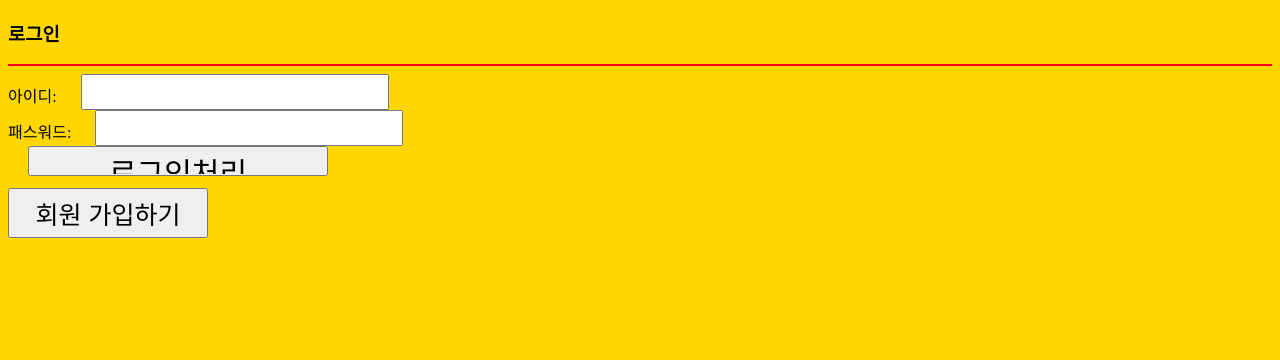
Repository: skywalker221-Minsoo/Java-project
Page: http://localhost/SecondProject/enter.jsp
The author's editor kept a copy of each file at every save. The page is drawn from the files as they stood at one save, then again after the next save.
The browser window is 1280 px wide. The pictures show the whole page.
The page is served by Tomcat 9. Nobody is signed in. The application's start-up code is not run.

Above is the page before, as saved 2021-04-13 06:51:07.

After the next save:
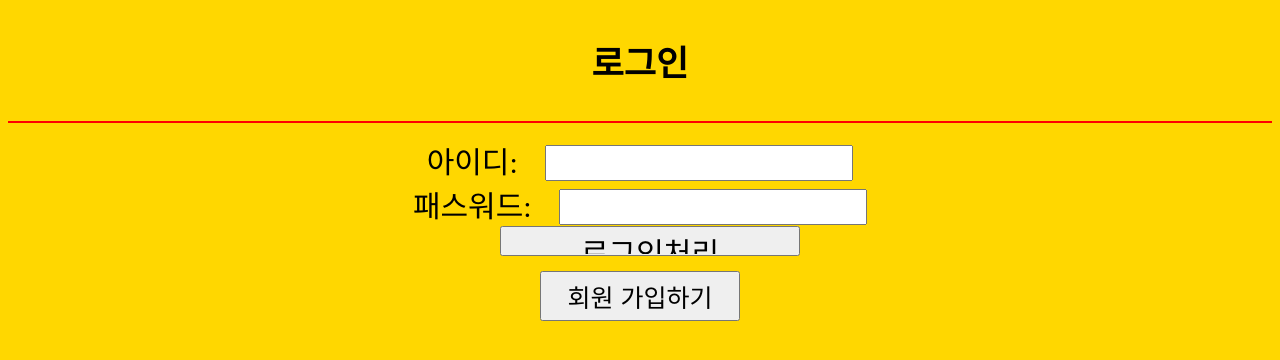
Saved 2 min 18 s later.
--- a/SecondProject/src/main/webapp/enter.jsp
+++ b/SecondProject/src/main/webapp/enter.jsp
@@ -27,6 +27,7 @@ button {
 <link rel="stylesheet" type="text/css" href="resources/css/out.css">
 </head>
 <body bgcolor = "gold">
+<div class="center">
 <h3>로그인</h3>
 <hr color="red">
 <% if(session.getAttribute("user_Id") == null) {%>
@@ -40,6 +41,6 @@ ${user_Id}님 환영합니다.<a href=select?user_id=${user_Id}>내정보보기<
 
 </form>
 <a href="insert.jsp"><button>회원 가입하기</button></a>
-
+</div>
 </body>
 </html>
